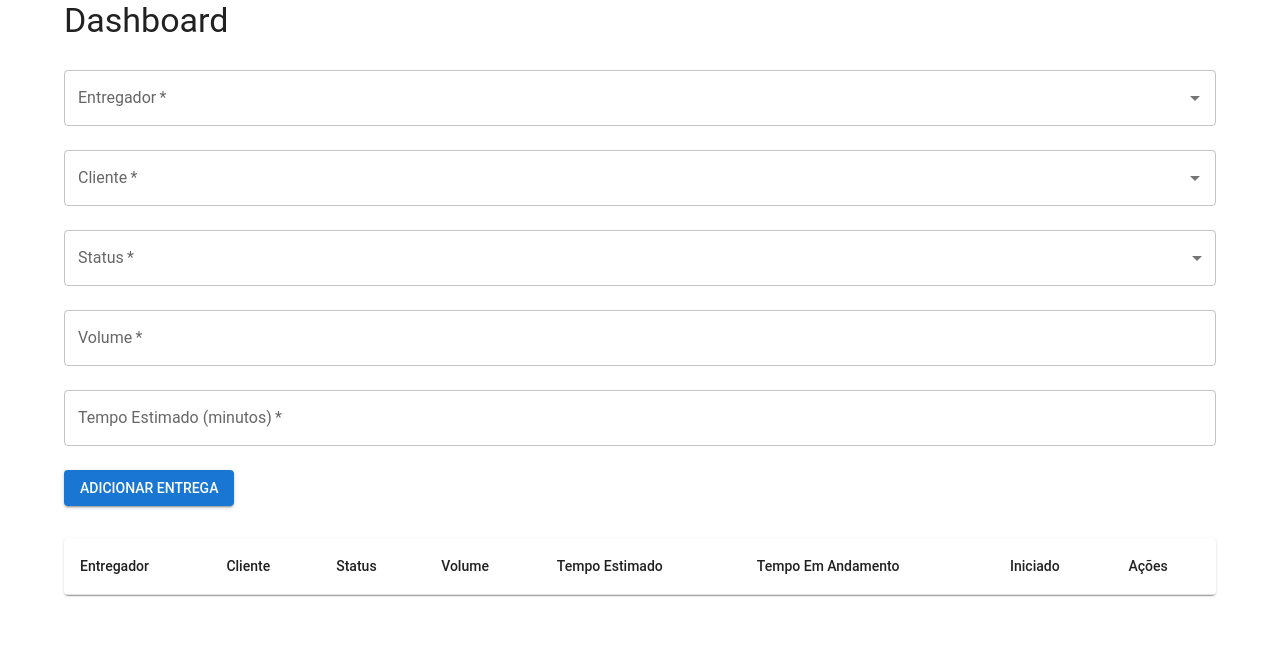
Repository: feliperanon/mobilegestao
Page: /dashboard (app in frontend/)
The author's editor kept a copy of each file at every save. The page is drawn from the files as they stood at one save, then again after the next save.
The browser window is 1280 px wide. The pictures show the whole page.
The page's requests for data from a server got no answer. The project was rebuilt for these pictures with package versions that can differ from the ones it lists, and the page was loaded fresh each time. No one was signed in, and anything a server would have sent is missing. Also part of the build but not shown: frontend/webpack.config.js, frontend/src/pages/Home.js, frontend/src/pages/History.js, frontend/src/pages/Analysis.js, frontend/src/components/Login.js, frontend/src/components/Register.js, frontend/src/components/AddEntregador.js, frontend/src/components/AddCliente.js and 1 more.

Above is the page before, as saved 2024-07-14 18:41:15.

After the next save:
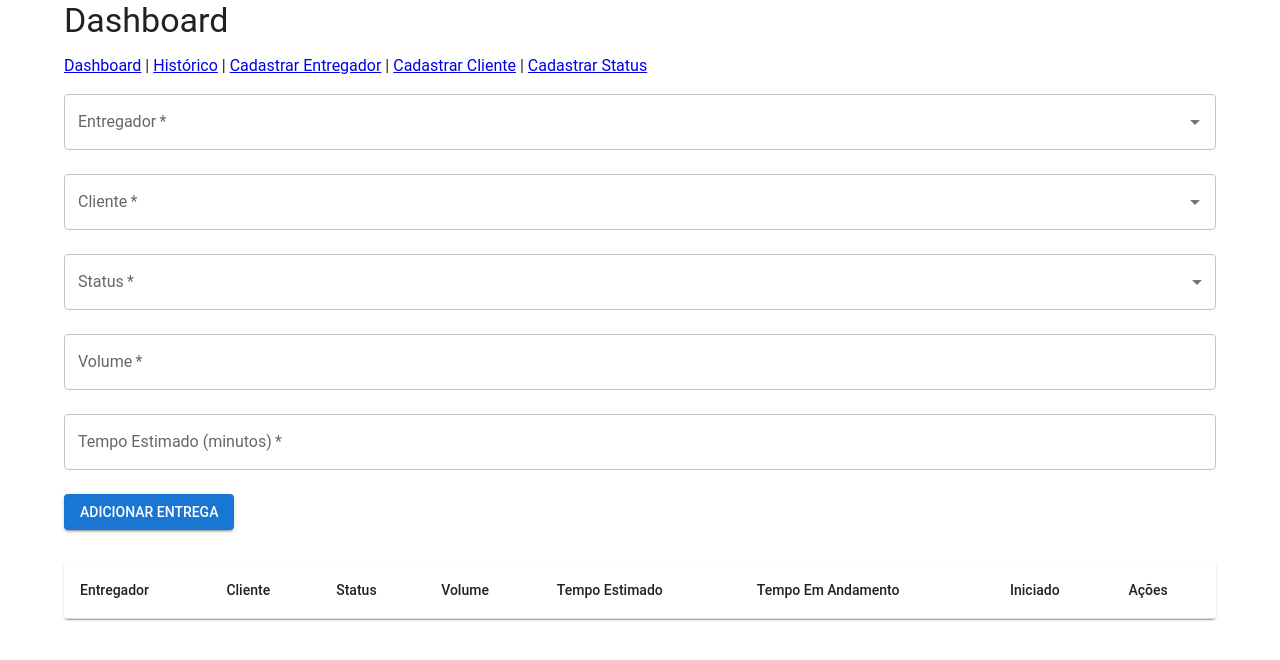
Saved 6 min 1 s later.
--- a/frontend/src/components/Dashboard.js
+++ b/frontend/src/components/Dashboard.js
@@ -27,6 +27,7 @@ import Autocomplete from '@mui/material/Autocomplete';
 import EditIcon from '@mui/icons-material/Edit';
 import DeleteIcon from '@mui/icons-material/Delete';
 import DoneIcon from '@mui/icons-material/Done';
+import { Link } from 'react-router-dom';
 
 const Dashboard = () => {
   const [deliveries, setDeliveries] = useState([]);
@@ -163,6 +164,13 @@ const Dashboard = () => {
       <Typography variant="h4" component="h1" gutterBottom>
         Dashboard
       </Typography>
+      <nav>
+        <Link to="/dashboard">Dashboard</Link> |{' '}
+        <Link to="/history">Histórico</Link> |{' '}
+        <Link to="/add-entregador">Cadastrar Entregador</Link> |{' '}
+        <Link to="/add-cliente">Cadastrar Cliente</Link> |{' '}
+        <Link to="/add-status">Cadastrar Status</Link>
+      </nav>
       <Box component="form" onSubmit={handleSubmit} sx={{ mb: 4 }}>
         <Autocomplete
           options={entregadores}
